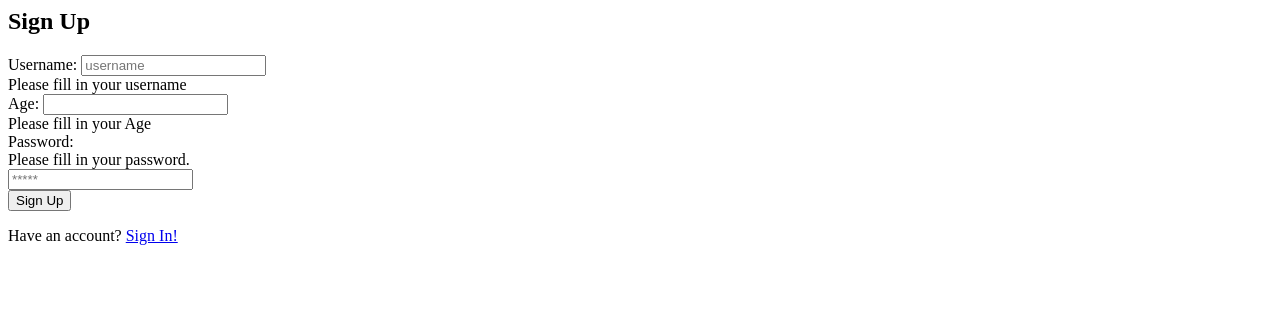
Repository: MikeMoore55/TheLibrary
Page: http://localhost/src/public/pages/sign-up.page.php
An editor plug-in stored every save of this project. The page is shown before and after the next save, followed by the edit.
The browser window is 1280 px wide. The pictures show the whole page.
The page is run by PHP 8.4 with error messages shown; the project is at /var/www/html/.

Above is the page before, as saved 2022-07-07 08:54:23.

After the next save:
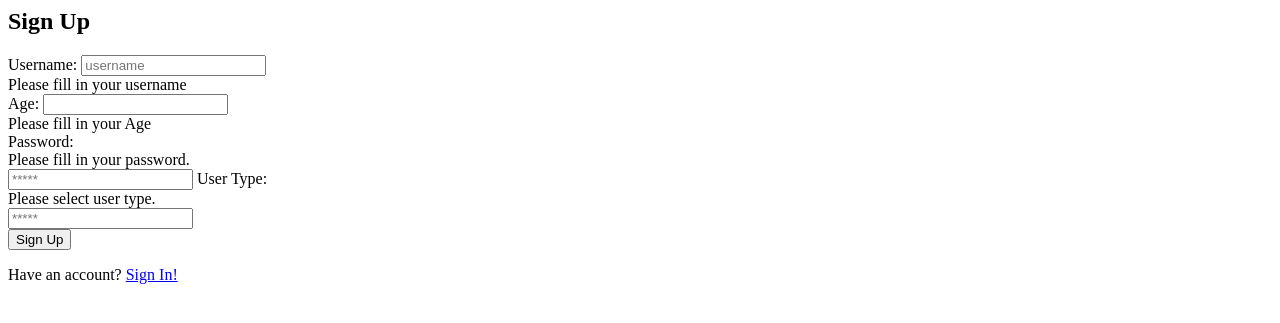
Saved 2 min 47 s later.
--- a/src/public/pages/sign-up.page.php
+++ b/src/public/pages/sign-up.page.php
@@ -24,6 +24,14 @@
             Please fill in your password.
         </div>
         <input type="password" class="form-control" id="exampleFormControlInput2" placeholder="*****" name="password">
+        <label for="exampleFormControlInput2" class="form-label">
+            User Type:
+        </label>
+        <div class="invalid-feedback">
+            Please select user type.
+        </div>
+        <input type="password" class="form-control" id="exampleFormControlInput2" placeholder="*****" name="password">
+
         <br>
         <input type="submit" class="btn btn-primary mb-3 btn-override" name="signUp" value="Sign Up">
         <p>Have an account? <a href="signIn">Sign In!</a></p>
